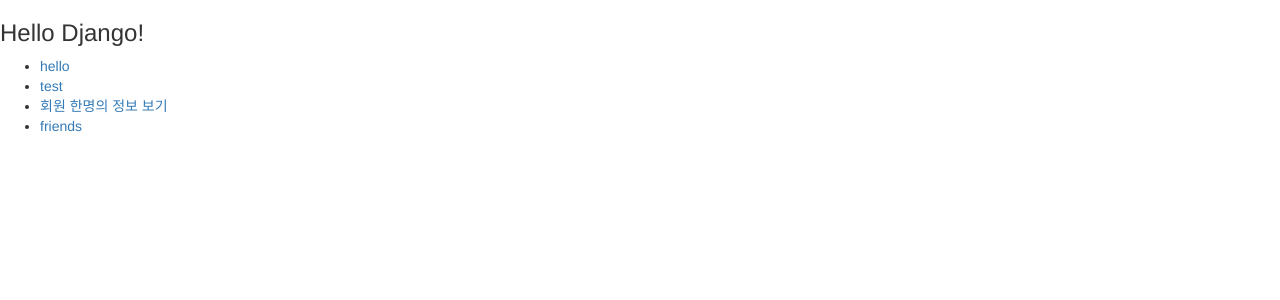
Repository: hyunhee7/python_work
Page: Django01/templates/index.html
The author's editor kept a copy of each file at every save. The page is drawn from the files as they stood at one save, then again after the next save.
The browser window is 1280 px wide. The pictures show the whole page.

Above is the page before, as saved 2017-08-18 02:11:39.

### Django01/templates/index.html
<!DOCTYPE html>
<html>
<head>
<meta charset="UTF-8">
<title>templates/index.html</title>
<!-- static 폴더에 있는 css 로딩 시키기 -->
<link rel="stylesheet" href="/static/css/bootstrap.css" />
</head>
<body>
<h3>Hello Django!</h3>
<ul>
	<li><a href="hello">hello</a></li>
	<li><a href="test">test</a></li>
	<li><a href="show_member">회원 한명의 정보 보기</a></li>
	<li><a href="friends">friends</a></li>
</ul>
</body>
</html>

Loaded but not shown: Django01/static/css/bootstrap.css (library)

After the next save:
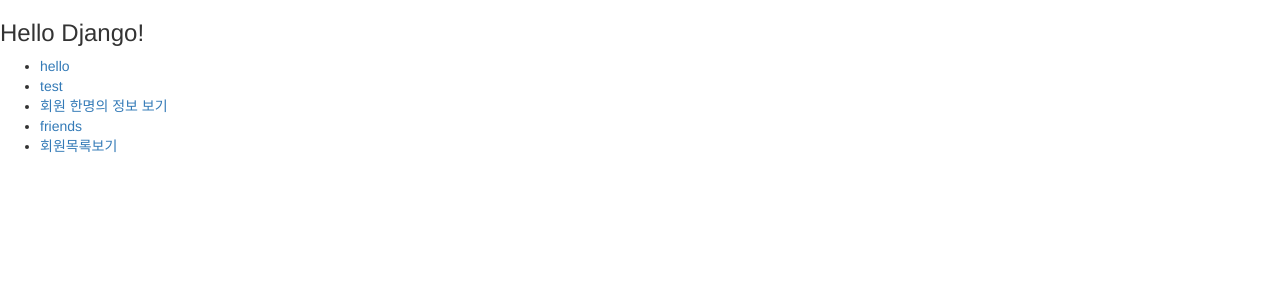
Saved 2 min 14 s later.
--- a/Django01/templates/index.html
+++ b/Django01/templates/index.html
@@ -13,6 +13,7 @@
 	<li><a href="test">test</a></li>
 	<li><a href="show_member">회원 한명의 정보 보기</a></li>
 	<li><a href="friends">friends</a></li>
+	<li><a href="members">회원목록보기</a></li>
 </ul>
 </body>
 </html>
